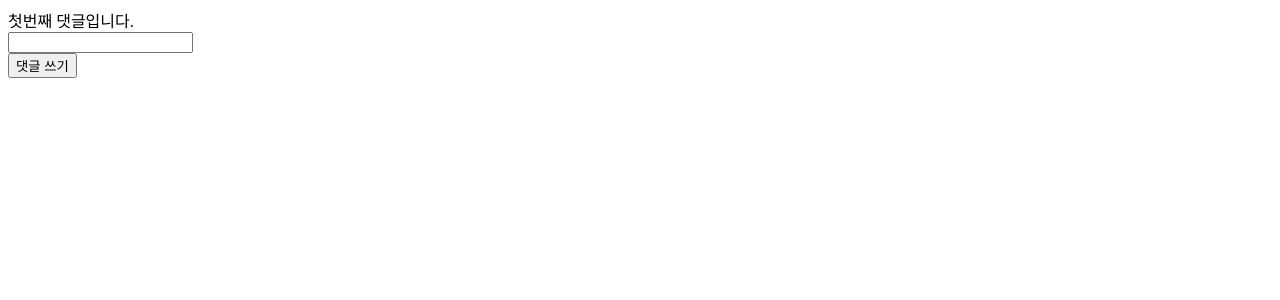
Repository: bk6717/jspwork
Page: http://localhost/blog/test/AjaxRequestTest.jsp
An editor plug-in stored every save of this project. The page is shown before and after the next save, followed by the edit.
The browser window is 1280 px wide. The pictures show the whole page.
The page is served by Tomcat 9.

Above is the page before, as saved 2020-06-02 05:27:07.

After the next save:
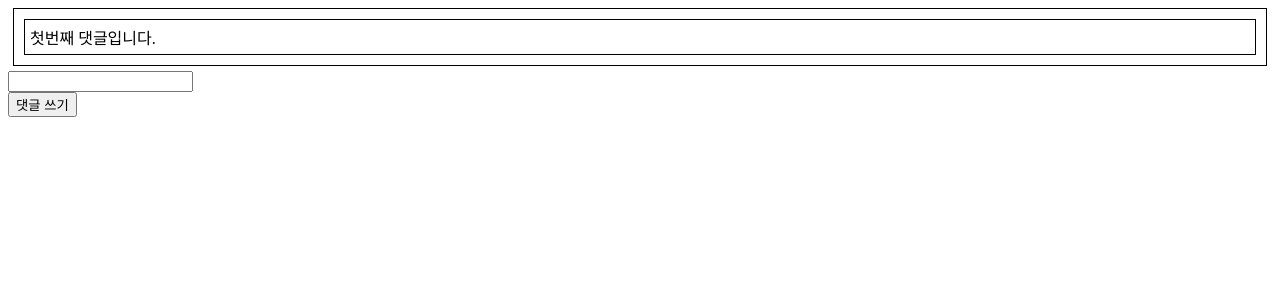
Saved 51 s later.
--- a/blog2/src/com/cos/blog/WebContent/test/AjaxRequestTest.jsp
+++ b/blog2/src/com/cos/blog/WebContent/test/AjaxRequestTest.jsp
@@ -6,13 +6,19 @@
 <meta charset="UTF-8">
 <title>Insert title here</title>
 <script src="https://ajax.googleapis.com/ajax/libs/jquery/3.5.1/jquery.min.js"></script>
-
+<style>
+	div{
+		border : 1px solid black;
+		margin : 5px;
+		padding : 5px;
+	}
+</style>
 </head>
 <body>
 <div id = "reply-box">
-<div id = "reply-1" class = "re">
+	<div id = "reply-1" class = "re">
 	첫번째 댓글입니다.
-</div>
+	</div>
 </div>
 <input type = "text" id = "tf-reply"> <br/>
 <button onclick = "start()"> 댓글 쓰기 </button>
